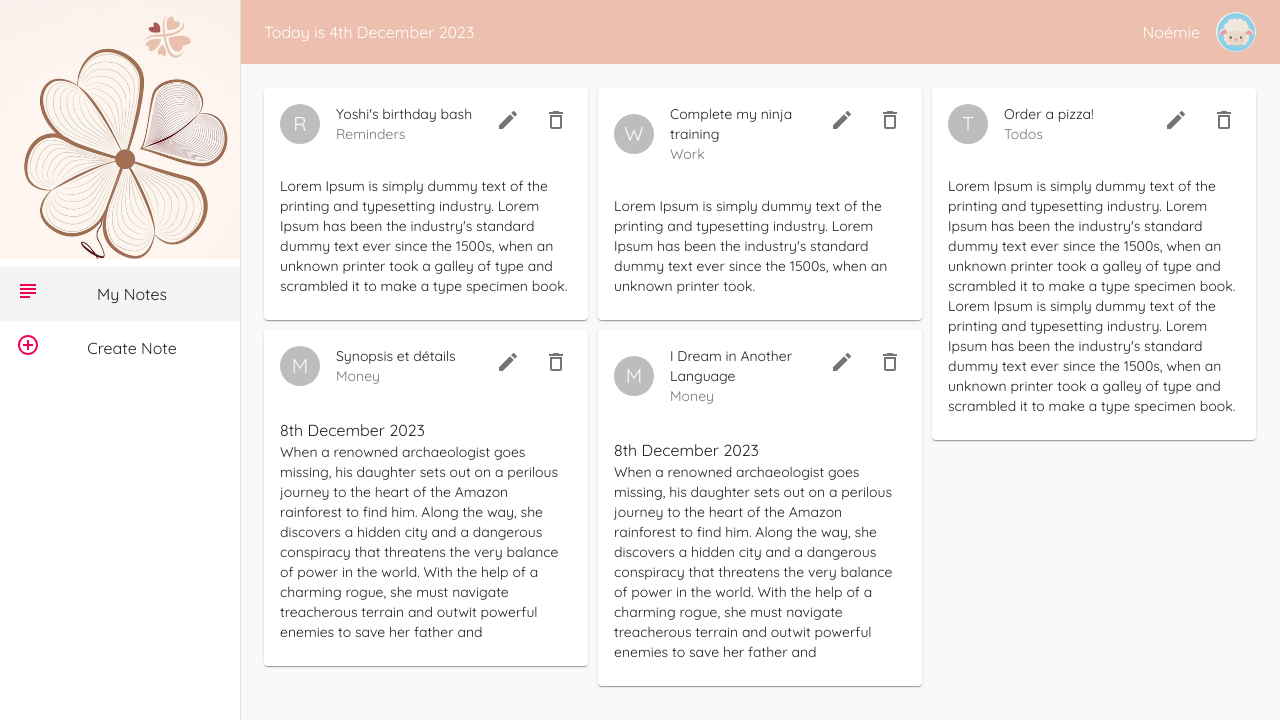
Repository: noemiepham/noemieblognote
Page: /
The author's editor kept a copy of each file at every save. The page is drawn from the files as they stood at one save, then again after the next save.
The browser window is 1280 px wide. The pictures show the whole page.
The project was rebuilt for these pictures with package versions that can differ from the ones it lists, and the page was loaded fresh each time. Requests to the local data server were answered from the project's data file. Also part of the build but not shown: src/pages/Create.js.

Above is the page before, as saved 2023-12-08 15:58:40.

### public/index.html
<!DOCTYPE html>
<html lang="en">

<head>
  <meta charset="utf-8" />
  <meta name="viewport" content="width=device-width, initial-scale=1" />
  <meta name="theme-color" content="#000000" />
  <meta name="description" content="Web site created using create-react-app" />

  <link rel="stylesheet" href="https://fonts.googleapis.com/css?family=Roboto:300,400,500,700&display=swap" />
  <title>Material UI</title>
</head>

<body>
  <noscript>You need to enable JavaScript to run this app.</noscript>
  <div id="root"></div>
  <!--
      This HTML file is a template.
      If you open it directly in the browser, you will see an empty page.

      You can add webfonts, meta tags, or analytics to this file.
      The build step will place the bundled scripts into the <body> tag.

      To begin the development, run `npm start` or `yarn start`.
      To create a production bundle, use `npm run build` or `yarn build`.
    -->
</body>

</html>

### src/index.css
@import url('https://fonts.googleapis.com/css2?family=Open+Sans:ital,wght@0,400;1,300&family=Quicksand&display=swap');


body {
     margin: 0;
     -webkit-font-smoothing: antialiased;
     -moz-osx-font-smoothing: grayscale;
     background: #f9f9f9;
}

.my-masonry-grid {
     display: -webkit-box;
     /* Not needed if autoprefixing */
     display: -ms-flexbox;
     /* Not needed if autoprefixing */
     display: flex;
     margin-left: -20px;
     /* gutter size offset */
     width: auto;
}

.my-masonry-grid_column {
     padding-left: 20px;
     /* gutter size */
     background-clip: padding-box;
}

.my-masonry-grid_column>div {
     /* change div to reference your elements you put in <Masonry> */
     margin-bottom: 30px;
}

img {
     width: 100%;
     height: 100%;
     object-fit: cover;
}

header.MuiPaper-root.MuiAppBar-root.MuiAppBar-positionFixed.MuiAppBar-colorPrimary.makeStyles-appbar-7.mui-fixed.MuiPaper-elevation0 {
     background-color: #ecbfae;
}

### src/App.js
import React from "react";
import { BrowserRouter, Routes, Route } from "react-router-dom";
import Notes from "./pages/Notes";
import Create from "./pages/Create";
import { createTheme, ThemeProvider } from "@material-ui/core";
import Layout from "./pages/Layout";
const theme = createTheme({
  typography: {
    fontFamily: "Quicksand",
    fontWeightLight: 400,
  },
});

function App() {
  return (
    <ThemeProvider theme={theme}>
      <BrowserRouter>
        <Routes>
          <Route path="/" element={<Layout />}>
            <Route path="" element={<Notes />} />
            <Route path="create" element={<Create />} />
            <Route path="edit/:id" element={<Create />} />
          </Route>
        </Routes>
      </BrowserRouter>
    </ThemeProvider>
  );
}

export default App;

### src/pages/Notes.js
import { useEffect, useState } from "react";
import NoteCard from "../components/NoteCard";
import Masonry, { ResponsiveMasonry } from "react-responsive-masonry";
import { useNavigate } from "react-router-dom";

const Notes = () => {
  const [notes, setNotes] = useState([]);
  const navigate = useNavigate();

  useEffect(() => {
    fetch("http://localhost:8000/notes")
      .then((res) => res.json())
      .then((data) => setNotes(data));
  }, []);

  const handleDelete = async (id) => {
    await fetch("http://localhost:8000/notes/" + id, {
      method: "DELETE",
    });

    const newNotes = notes.filter((note) => note.id !== id);

    setNotes(newNotes);
  };
  const handleEdit = (note) => {
    navigate("/edit/" + note);
  };
  return (
    <ResponsiveMasonry columnsCountBreakPoints={{ 350: 1, 750: 2, 900: 3 }}>
      <Masonry columnsCount={3} gutter="10px">
        {notes.map((note) =>
          note ? (
            <NoteCard
              note={note}
              handleDelete={handleDelete}
              handleEdit={handleEdit}
              spacing={3}
            />
          ) : (
            ""
          )
        )}
      </Masonry>
    </ResponsiveMasonry>
  );
};

export default Notes;

### src/pages/Layout.js
import { Outlet, useLocation, useNavigate } from "react-router-dom";
import { Avatar, Drawer, Typography, makeStyles } from "@material-ui/core";
import List from "@material-ui/core/List";
import ListItem from "@material-ui/core/ListItem";
import ListItemText from "@material-ui/core/ListItemText";
import { AddCircleOutline, SubjectOutlined } from "@material-ui/icons";
import { AppBar, Toolbar } from "@material-ui/core";
import format from "date-fns/format/index";

const drawerWidth = 240;
const useStyles = makeStyles((theme) => {
  return {
    page: {
      background: "#f9f9f9",
      width: "100%",
      padding: theme.spacing(3),
    },
    drawer: {
      width: drawerWidth,
    },
    drawerPaper: {
      width: drawerWidth,
    },
    root: {
      display: "flex",
    },
    active: {
      background: "#f4f4f4",
    },
    title: {
      padding: theme.spacing(3),
    },
    appbar: {
      width: `calc(100% - ${drawerWidth}px)`,
    },
    toolbar: theme.mixins.toolbar,
    date: {
      flexGrow: 1,
    },
    avatar: {
      marginLeft: theme.spacing(2),
    },
  };
});

function Layout() {
  const navigate = useNavigate();
  const location = useLocation();
  const classes = useStyles();
  const menuItems = [
    {
      text: "My Notes",
      icon: <SubjectOutlined color="secondary" />,
      path: "/",
    },
    {
      text: "Create Note",
      icon: <AddCircleOutline color="secondary" />,
      path: "/create",
    },
  ];

  return (
    <div className={classes.root}>
      {/*  App bar */}
      <AppBar className={classes.appbar} elevation={0}>
        <Toolbar>
          <Typography className={classes.date}>
            Today is {format(new Date(), "do MMMM Y")}
          </Typography>
          <Typography>Noémie</Typography>
          <Avatar src="sheep.png" className={classes.avatar} />
        </Toolbar>
      </AppBar>
      {/* side drawer */}
      <Drawer
        className={classes.drawer}
        variant="permanent"
        anchor="left"
        classes={{ paper: classes.drawerPaper }}
      >
        <div>
          <img alt="Remy Sharp" src="logoBlog.jpg" />
        </div>
        <List>
          {menuItems.map((item) => (
            <ListItem
              key={item.text}
              button
              onClick={() => navigate(item.path)}
              className={
                location.pathname === item.path ? classes.active : null
              }
            >
              <ListItemText>{item.icon}</ListItemText>
              <ListItemText primary={item.text} />
            </ListItem>
          ))}
        </List>
      </Drawer>
      <div className={classes.page}>
        <div className={classes.toolbar}></div>
        <Outlet />
      </div>
    </div>
  );
}

export default Layout;

### src/components/NoteCard.js
import {
  Avatar,
  Card,
  CardContent,
  CardHeader,
  Typography,
  makeStyles,
} from "@material-ui/core";
import { IconButton } from "@material-ui/core";
import { yellow, green, pink, blue } from "@material-ui/core/colors";
import { DeleteOutline } from "@material-ui/icons";
import EditIcon from "@material-ui/icons/Edit";

const useStyles = makeStyles({
  avatar: {
    backgroundColor: (note) => {
      console.log(note.category);
      if (note.category === "Work") {
        return yellow[700];
      }
      if (note.category === "Money") {
        return green[500];
      }
      if (note.category === "Todos") {
        return pink[500];
      } else {
        return blue[500];
      }
    },
  },
  style: {
    margin: 20,
    color: "#a17056",
  },
});

function NoteCard({ note, handleDelete, handleEdit }) {
  const classes = useStyles(note);
  console.log("sfsqdfdsf", note);
  return (
    <div>
      <Card elevation={1} className={classes.test}>
        <CardHeader
          avatar={
            <Avatar className={classes.avatar}>
              {note.category[0]?.toUpperCase()}
            </Avatar>
          }
          action={
            <div>
              <IconButton onClick={() => handleEdit(note?.id)}>
                <EditIcon />
              </IconButton>
              <IconButton onClick={() => handleDelete(note?.id)}>
                <DeleteOutline />
              </IconButton>
            </div>
          }
          title={note?.title}
          subheader={note?.category}
        />
        <CardContent>
          <Typography>{note?.currentDate}</Typography>
          <Typography variant="body2" color={classes.Typography}>
            {note?.details}
          </Typography>
        </CardContent>
      </Card>
    </div>
  );
}

export default NoteCard;

### db.json
{
  "notes": [{
      "title": "Yoshi's birthday bash",
      "details": "Lorem Ipsum is simply dummy text of the printing and typesetting industry. Lorem Ipsum has been the industry's standard dummy text ever since the 1500s, when an unknown printer took a galley of type and scrambled it to make a type specimen book.",
      "category": "Reminders",
      "id": 1
    },
    {
      "title": "Complete my ninja training",
      "details": "Lorem Ipsum is simply dummy text of the printing and typesetting industry. Lorem Ipsum has been the industry's standard dummy text ever since the 1500s, when an unknown printer took.",
      "category": "Work",
      "id": 2
    },
    {
      "title": "Order a pizza!",
      "details": "Lorem Ipsum is simply dummy text of the printing and typesetting industry. Lorem Ipsum has been the industry's standard dummy text ever since the 1500s, when an unknown printer took a galley of type and scrambled it to make a type specimen book.\nLorem Ipsum is simply dummy text of the printing and typesetting industry. Lorem Ipsum has been the industry's standard dummy text ever since the 1500s, when an unknown printer took a galley of type and scrambled it to make a type specimen book.",
      "category": "Todos",
      "id": 3
    },
    {
      "title": "Synopsis et détails",
      "details": "When a renowned archaeologist goes missing, his daughter sets out on a perilous journey to the heart of the Amazon rainforest to find him. Along the way, she discovers a hidden city and a dangerous conspiracy that threatens the very balance of power in the world. With the help of a charming rogue, she must navigate treacherous terrain and outwit powerful enemies to save her father and",
      "category": "Money",
      "currentDate": "8th December 2023",
      "id": 12
    },
    {
      "title": "I Dream in Another Language",
      "details": "When a renowned archaeologist goes missing, his daughter sets out on a perilous journey to the heart of the Amazon rainforest to find him. Along the way, she discovers a hidden city and a dangerous conspiracy that threatens the very balance of power in the world. With the help of a charming rogue, she must navigate treacherous terrain and outwit powerful enemies to save her father and",
      "category": "Money",
      "currentDate": "8th December 2023",
      "id": 13
    }
  ]
}

Loaded but not shown: src/index.js (common file)

After the next save:
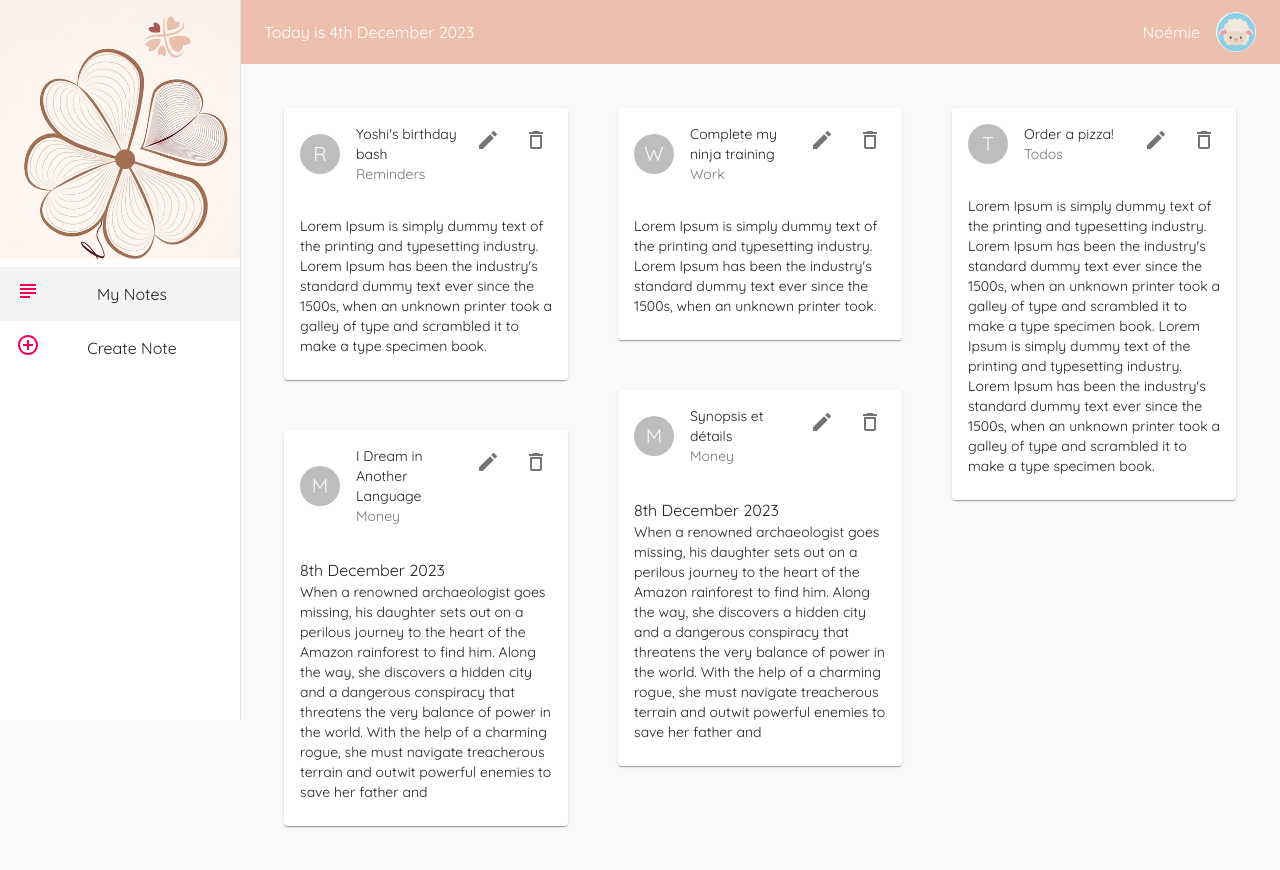
Saved 76 s later.
--- a/src/components/NoteCard.js
+++ b/src/components/NoteCard.js
@@ -38,7 +38,7 @@
   const classes = useStyles(note);
   console.log("sfsqdfdsf", note);
   return (
-    <div>
+    <div className={classes.style}>
       <Card elevation={1} className={classes.test}>
         <CardHeader
           avatar={
@@ -61,9 +61,7 @@
         />
         <CardContent>
           <Typography>{note?.currentDate}</Typography>
-          <Typography variant="body2" color={classes.Typography}>
-            {note?.details}
-          </Typography>
+          <Typography variant="body2">{note?.details}</Typography>
         </CardContent>
       </Card>
     </div>

After the save that followed:
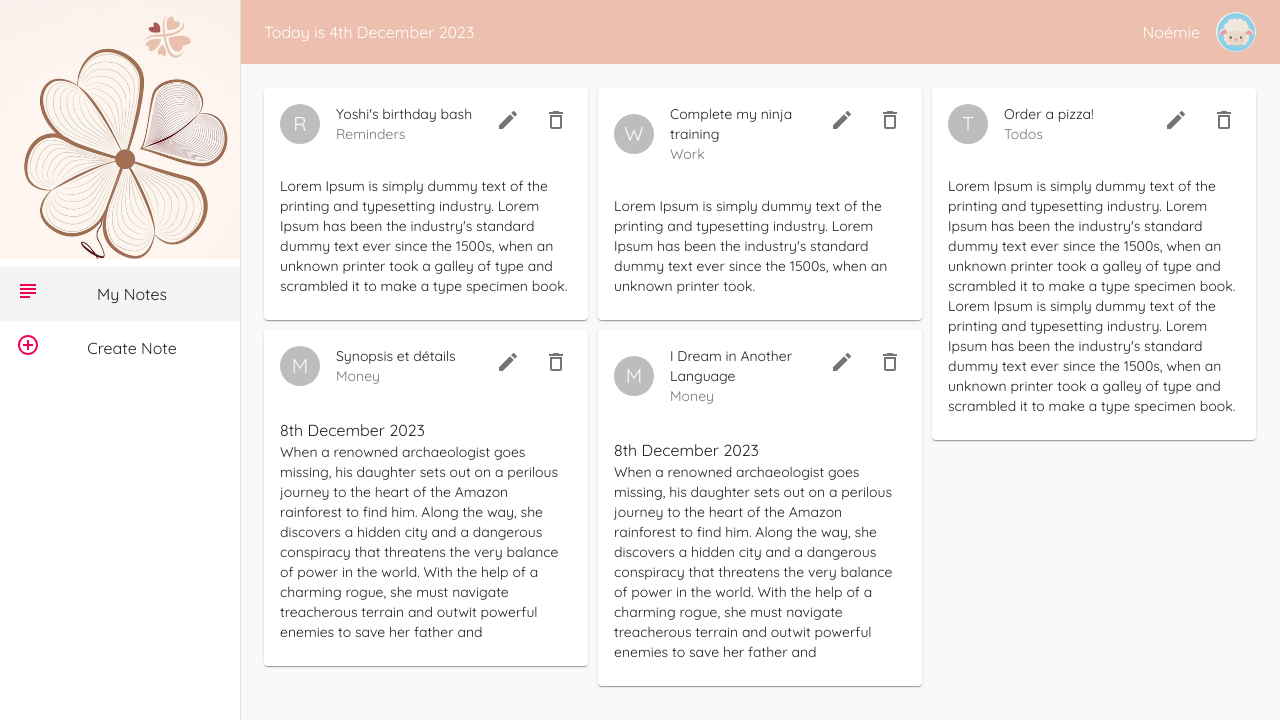
Saved 41 s later.
--- a/src/components/NoteCard.js
+++ b/src/components/NoteCard.js
@@ -38,7 +38,7 @@
   const classes = useStyles(note);
   console.log("sfsqdfdsf", note);
   return (
-    <div className={classes.style}>
+    <div >
       <Card elevation={1} className={classes.test}>
         <CardHeader
           avatar={
